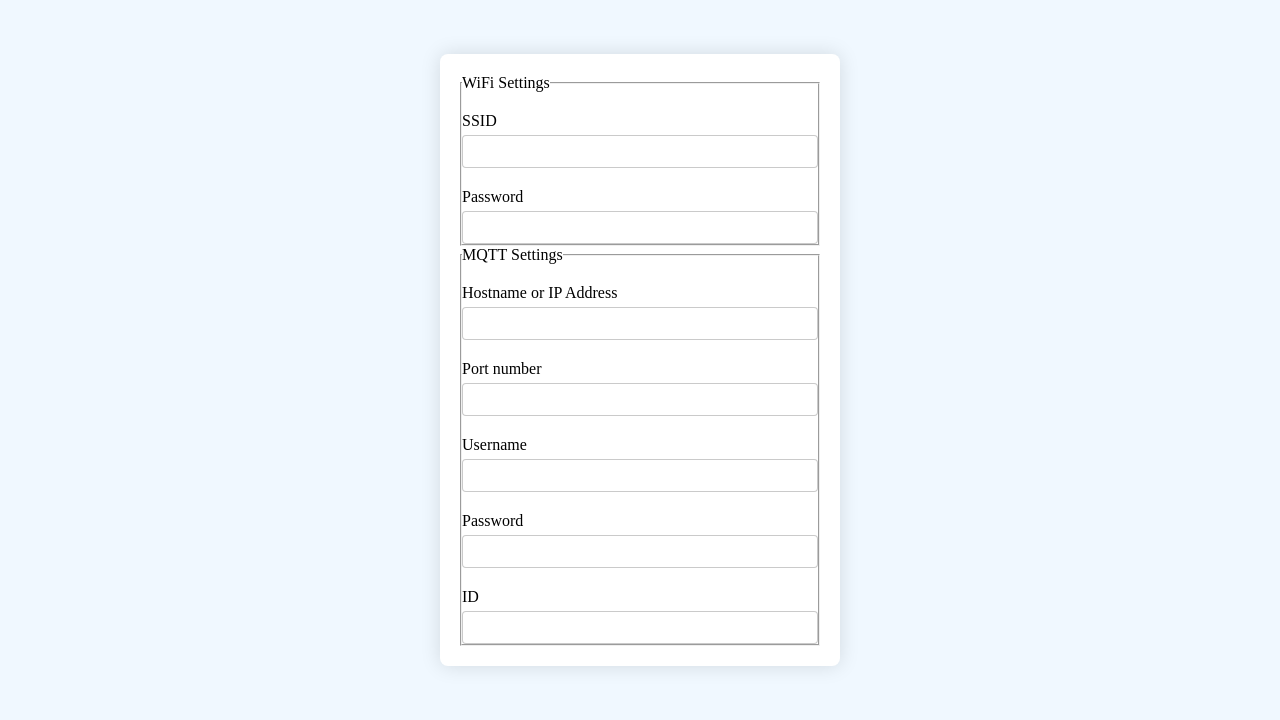
Repository: alex-dow/psikon-weather-station
Page: / (app in webapp/)
The author's editor kept a copy of each file at every save. The page is drawn from the files as they stood at one save, then again after the next save.
The browser window is 1280 px wide. The pictures show the whole page.
The project was rebuilt for these pictures with package versions that can differ from the ones it lists, and the page was loaded fresh each time.

Above is the page before, as saved 2021-12-10 13:55:09.

After the next save:
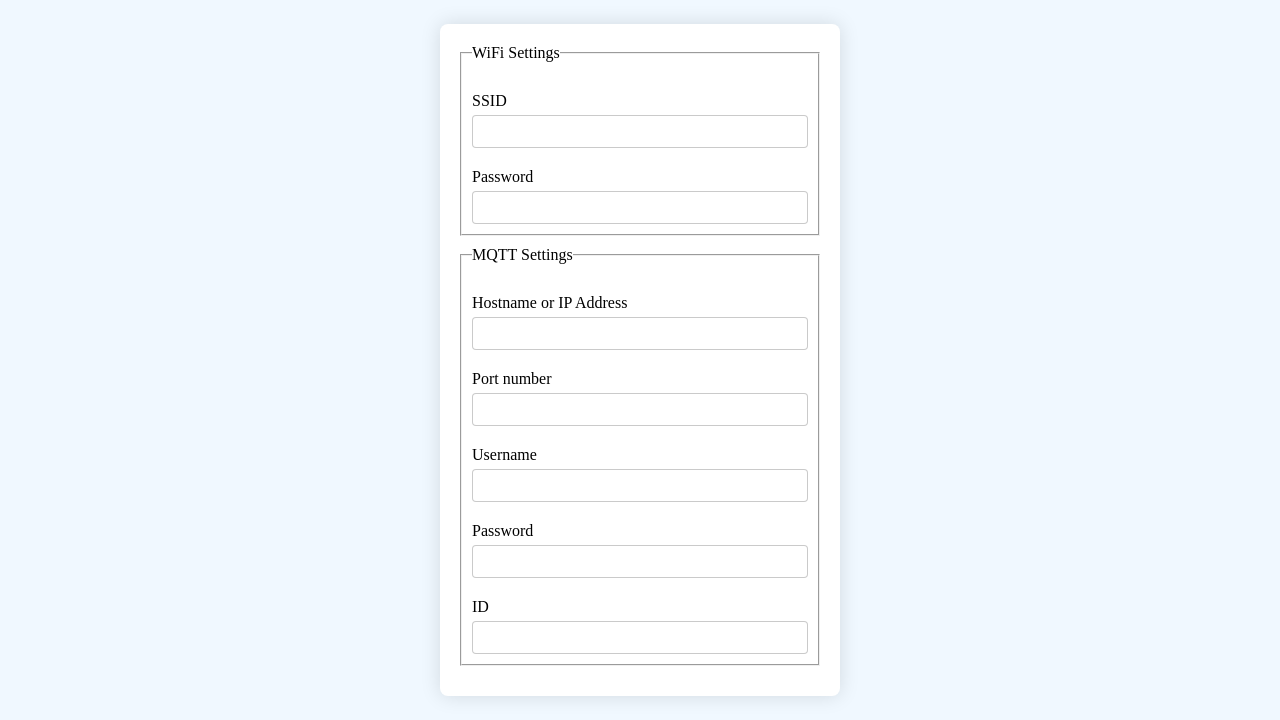
Saved 22 s later.
--- a/webapp/public/global.css
+++ b/webapp/public/global.css
@@ -6,6 +6,12 @@
  body {
   font-family: "Montserrat";
  }
+
+ fieldset {
+  padding: 10px;
+  margin-bottom: 10px;
+}
+
 
  .form-group {
   width: 100%;
